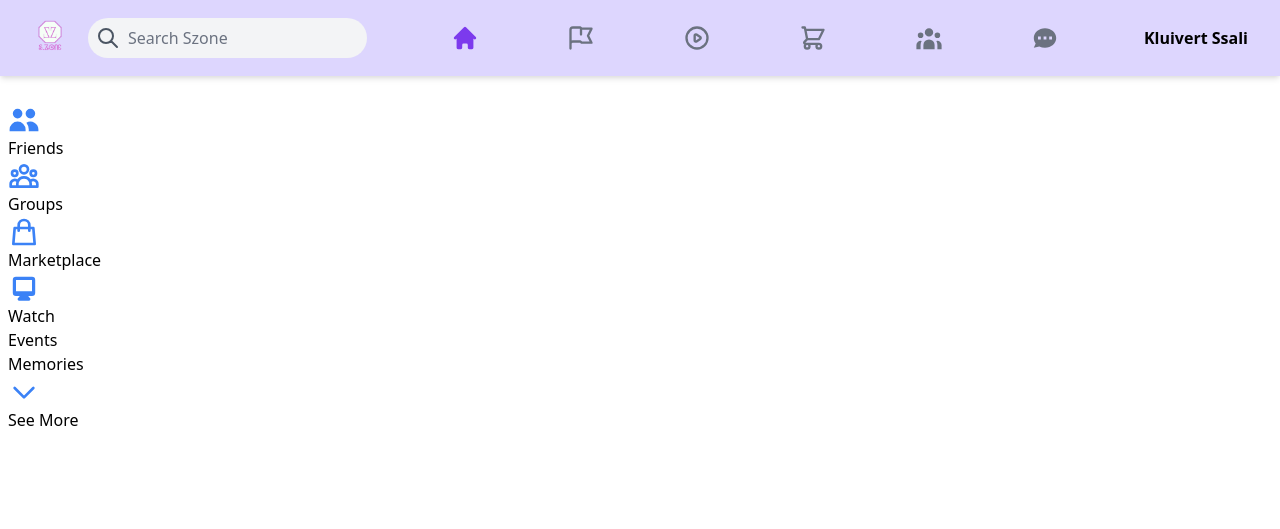
Repository: kluivert-ssali/sz-test
Page: /
These files come from the project's save history. The page is drawn as it stood at one moment and after the next save; the edit follows.
The browser window is 1280 px wide. The pictures show the whole page.
The page's requests for data from a server got no answer. The project was rebuilt for these pictures with package versions that can differ from the ones it lists, and the page was loaded fresh each time. The framework's server and built-in components were replaced by stand-ins that run in the browser. No one was signed in, and anything a server would have sent is missing. Also part of the build but not shown: next.config.js, components/Login.js.

Above is the page before, as saved 2021-11-06 15:32:50.

After the next save:
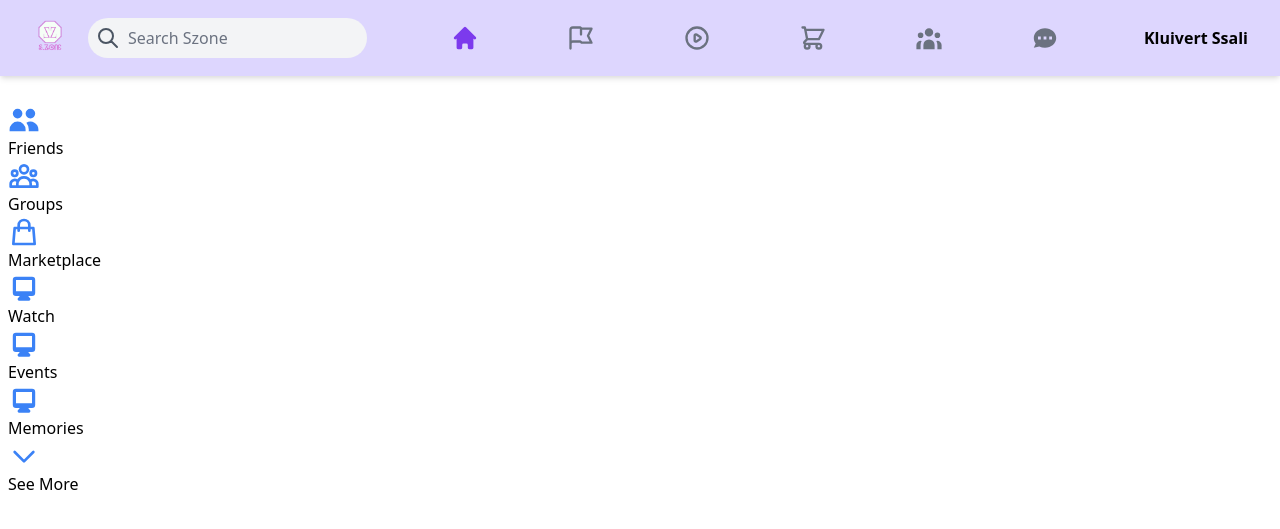
Saved 7 min 31 s later.
--- a/components/Sidebar.js
+++ b/components/Sidebar.js
@@ -7,7 +7,7 @@
 } from "@heroicons/react/outline";
 import {
     CalenderIcon,
-    ClockedIcon,
+    AcademiccapIcon,
     UsersIcon,
     DesktopComputerIcon,
 
@@ -22,8 +22,8 @@
             <SidebarRow  Icon={UserGroupIcon} title="Groups" />
             <SidebarRow  Icon={ShoppingBagIcon} title="Marketplace" />
             <SidebarRow  Icon={DesktopComputerIcon} title="Watch" />
-            <SidebarRow  Icon={CalenderIcon} title="Events" />
-            <SidebarRow  Icon={ClockedIcon} title="Memories" />
+            <SidebarRow  Icon={DesktopComputerIcon} title="Events" />
+            <SidebarRow  Icon={DesktopComputerIcon} title="Memories" />
             <SidebarRow  Icon={ChevronDownIcon} title="See More" />
 
 
